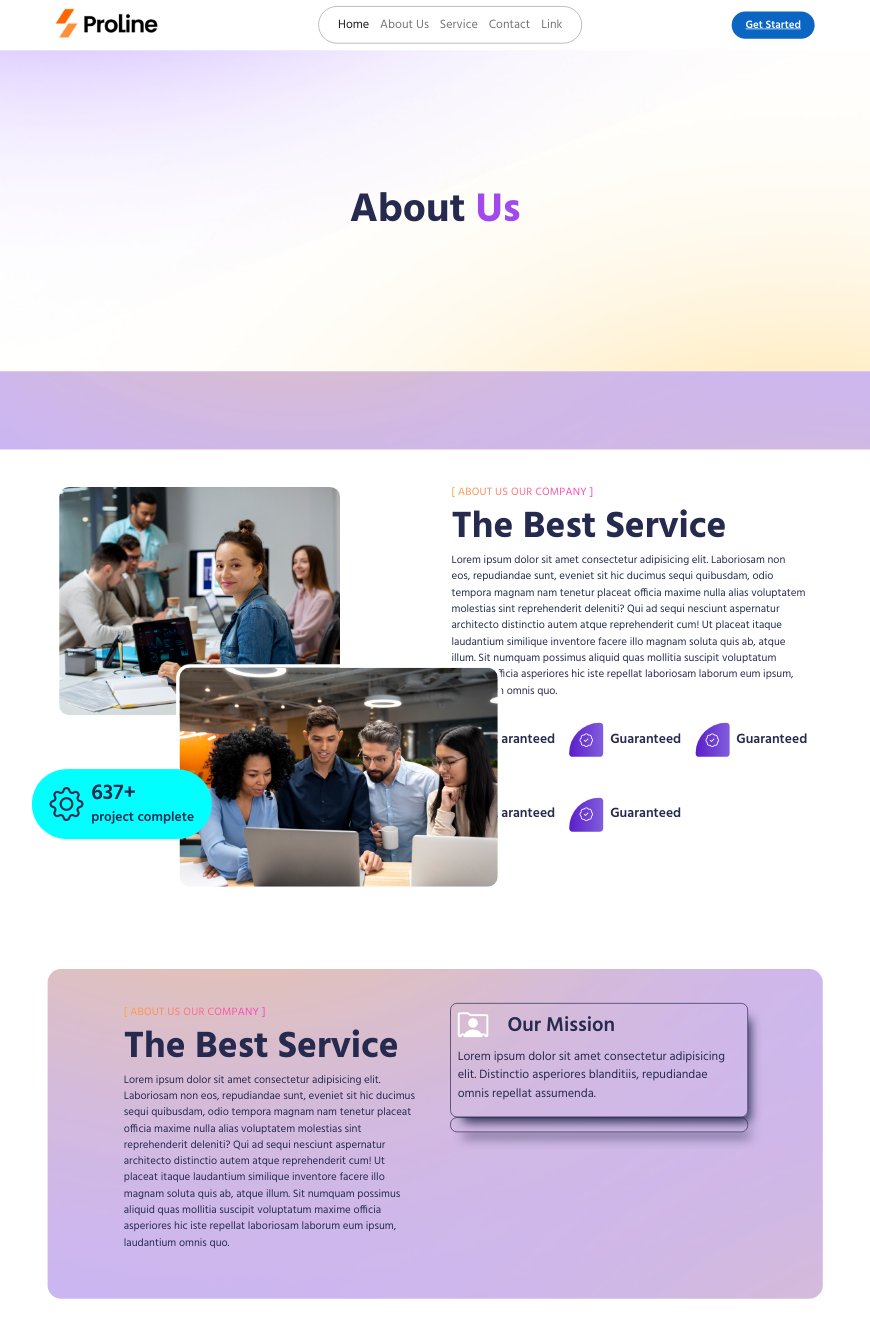
Repository: tagnam/corporate
Page: aboutus.html
The author's editor kept a copy of each file at every save. The page is drawn from the files as they stood at one save, then again after the next save.
The browser window is 1280 px wide. The pictures show the whole page, at 68% of full size.

Above is the page before, as saved 2025-02-15 12:46:19.

After the next save:
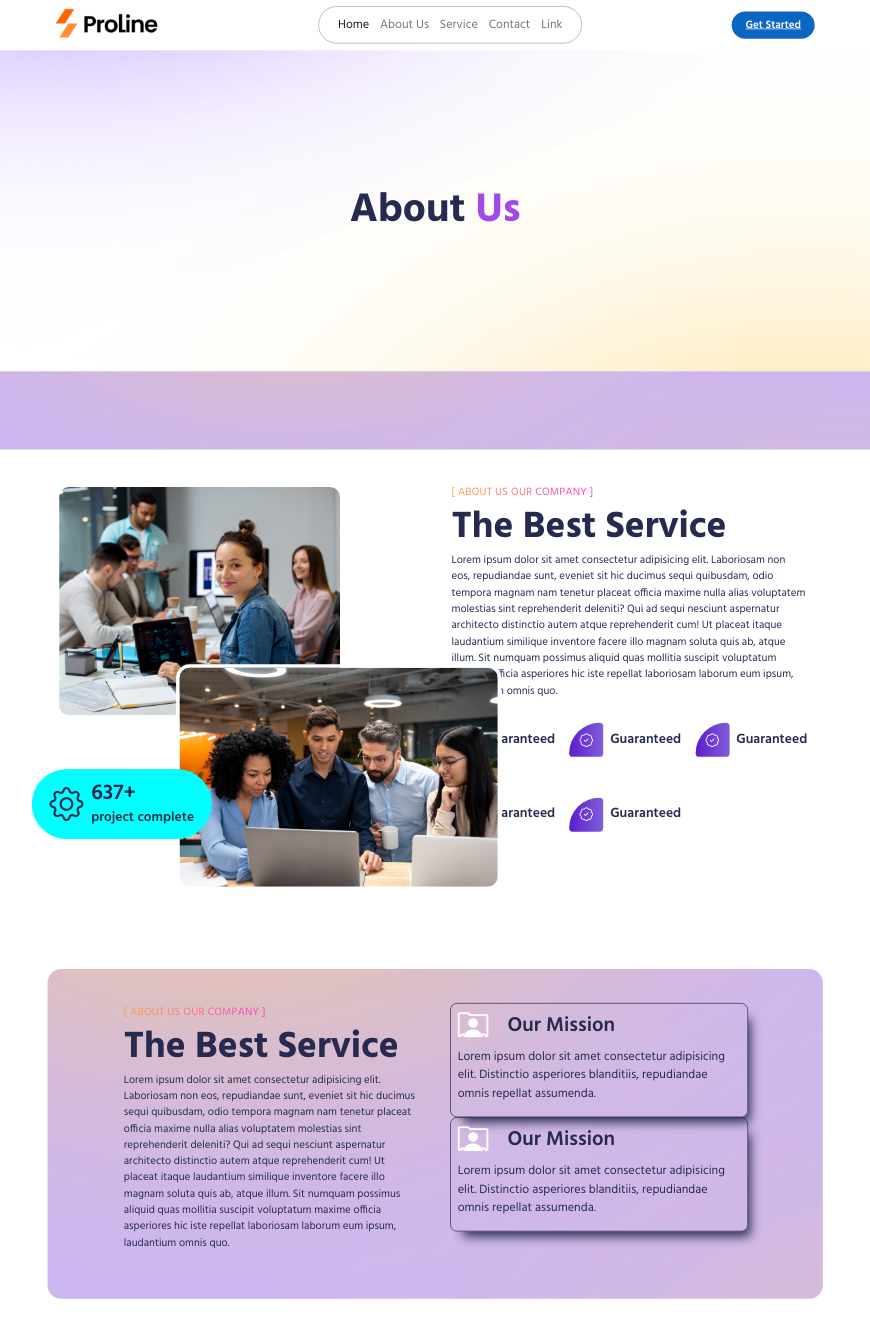
Saved 31 s later.
--- a/aboutus.html
+++ b/aboutus.html
@@ -218,7 +218,23 @@
                                             <p class="mission-text">Lorem ipsum dolor sit amet consectetur adipisicing elit. Distinctio asperiores blanditiis, repudiandae omnis repellat assumenda.</p>
                                         </div>
                                     </div>
-                                    <div class="vission-card"></div>
+                                    <div class="vission-card">
+                                        <div class="row">
+                                            <div class="col-md-2">
+                                                <div class="mission-icon">
+                                                    <i class="bi bi-person-rolodex"></i>
+                                                </div>
+                                            </div>
+                                            <div class="col-md-9 d-flex align-content-center">
+                                                <div class="mission-content">
+                                                <h4> our mission</h4>
+                                                </div>
+                                            </div>
+                                        </div>
+                                        <div class="row">
+                                            <p class="mission-text">Lorem ipsum dolor sit amet consectetur adipisicing elit. Distinctio asperiores blanditiis, repudiandae omnis repellat assumenda.</p>
+                                        </div>
+                                    </div>
                                 </div>
                         </div>
                     </div>
